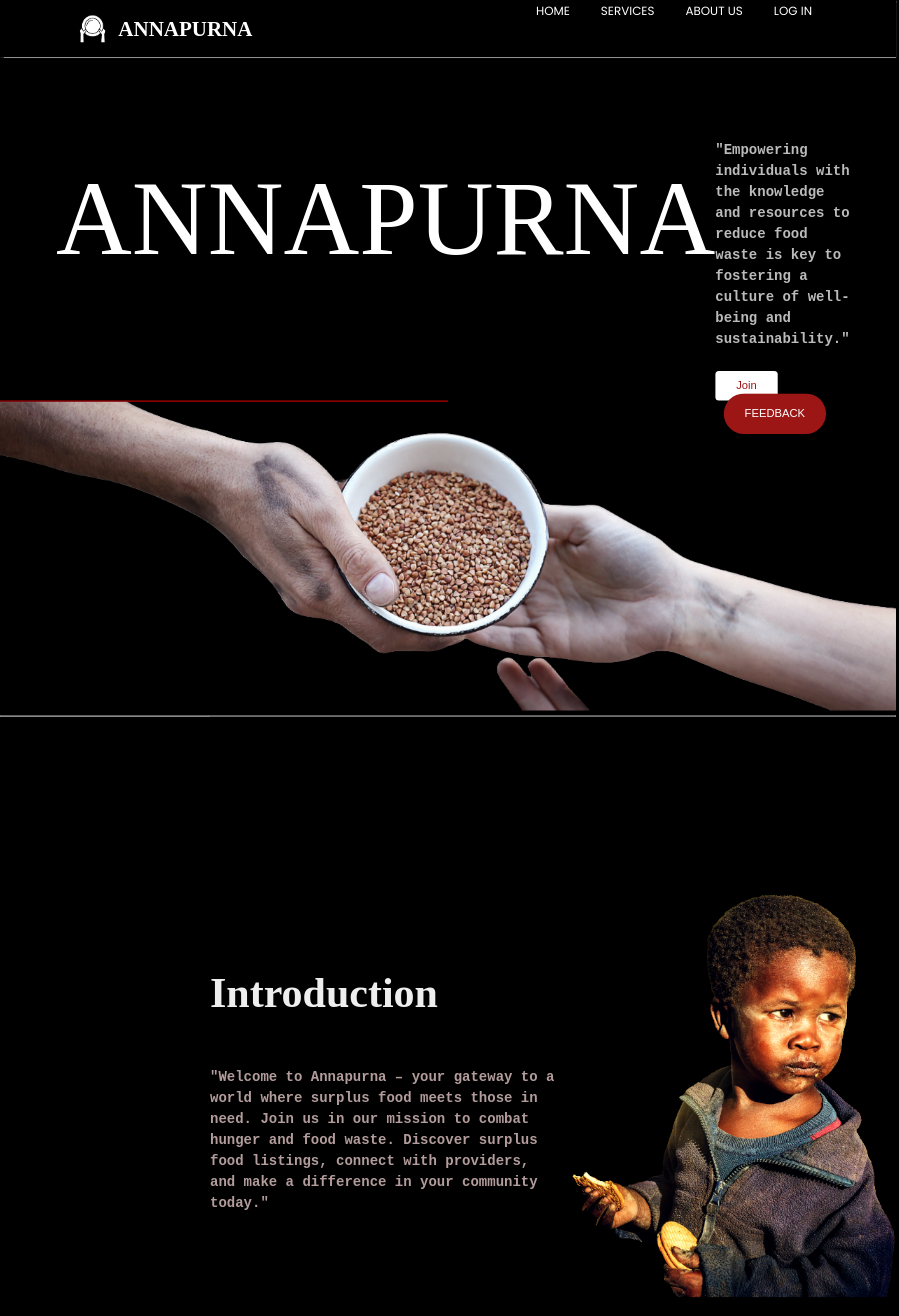
Repository: letscodeshivansh/Annapurna-fullstack-
Page: http://localhost/
The author's editor kept a copy of each file at every save. The page is drawn from the files as they stood at one save, then again after the next save.
The browser window is 1280 px wide. The page is 1284 px wide, so the pictures cover 1284 px, including what lies to the right of the window. The pictures show the part of the page from y = 0 to 1880 px (the page is 4659 px tall), at 70% of full size.
Some web fonts or font styles are not loaded; a fallback is used. Some web libraries are served in a nearby version. The page is served by the project's Node server (src/server.js).

Above is the page before, as saved 2024-06-13 18:34:03.

After the next save:
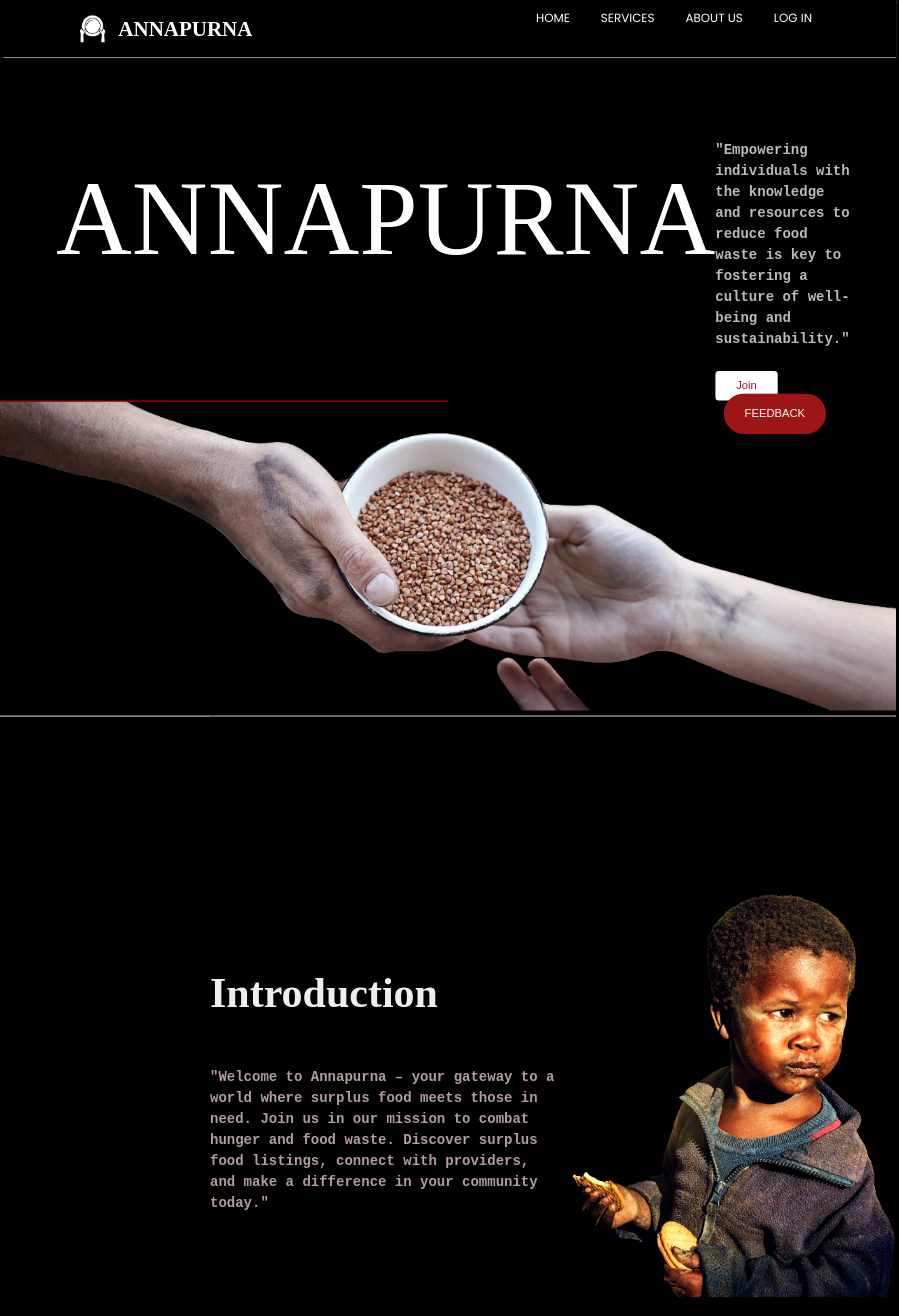
Saved 12 s later.
--- a/public/style.css
+++ b/public/style.css
@@ -88,7 +88,7 @@ nav ul{
 
 nav ul li{
     display: inline-block;
-    line-height: 30px;
+    line-height: 50px;
     margin: 0 5px;
 
 }
